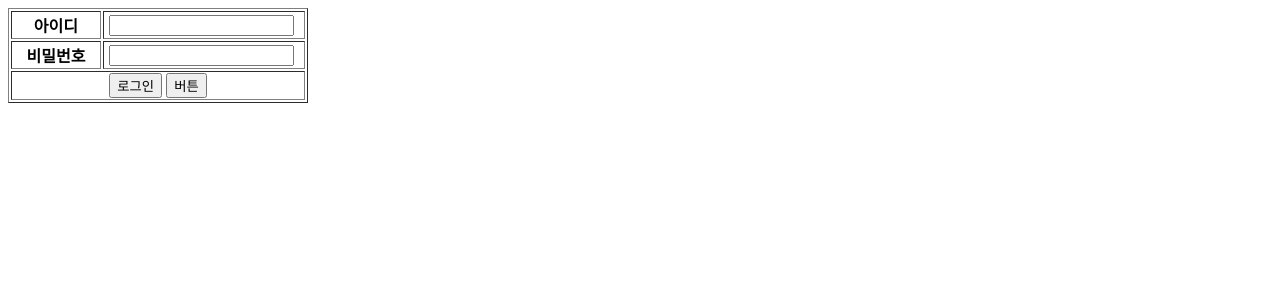
Repository: sgnq008-tech/JSP
Page: http://localhost/WebProject/Login
These files come from the project's save history. The page is drawn as it stood at one moment and after the next save; the edit follows.
The browser window is 1280 px wide. The pictures show the whole page.
The page is served by Tomcat 9. Other server files are loaded and not shown.

Above is the page before, as saved 2026-09-09 06:11:46.

### jsp_workspace/WebProject/src/main/java/com/login/Login.java
package com.login;

import java.io.*;
import java.sql.Connection;
import java.sql.PreparedStatement;
import javax.servlet.Servlet.*;
import javax.servlet.*;
import javax.servlet.annotation.*;
import javax.servlet.http.*;
import java.sql.*;



@WebServlet("/Login")
public class Login extends HttpServlet {
	private static final long serialVersionUID = 1L;


	protected void doGet(HttpServletRequest request, HttpServletResponse response) throws ServletException, IOException {
		processRequest(request,response);
	}


	protected void doPost(HttpServletRequest request, HttpServletResponse response) throws ServletException, IOException {
		processRequest(request,response);
	}

	protected void processRequest(HttpServletRequest request, HttpServletResponse response) throws ServletException, IOException {

	response.setContentType("text/html;charset=utf-8");
	PrintWriter out = response.getWriter();
	try {
		HttpSession session = request.getSession(false);
		if(session != null) {// 로그인이 성공한 경우
			String sessionId = session.getId();
			System.out.println("세션 아이디 :"+sessionId);
			String user = (String)session.getAttribute("user");

			out.println("<html>");
			out.println("<body>");

			       out.println("<table border= '1' width= '300'>");

		    out.println("<tr>");
                   out.println("<td width= '300' align ='center'>");
                   out.println(user+"님이 로그인 하셨습니다.</td>");
			out.println("</tr>");

			out.println("<tr>");
			        out.println("<td align ='center'>");
			        out.println("<a href='#'>회원정보</a>");
			        out.println("<a href='Logout'>로그아웃</a>");
			        out.println("</td>");
			out.println("</tr>");

			out.println("</table>");

			out.println("</body>");
			out.println("</html>");

		}else {// 로그인이 실패한 경우
			out.println("<html>");
			out.println("<body>");
			out.println("<form action='LoginCheck' method='post'>");
			out.println("<table border= '1' width= '300'>");

			out.println("<tr>");
			out.println("<th width= '100'>아이디</th>");
			out.println("<td width ='200'>&nbsp;"
					+ "<input type='text' name='id'></td>");
			out.println("</tr>");

			out.println("<tr>");
			out.println("<th width= '100'>비밀번호</th>");
			out.println("<td width ='200'>&nbsp;"
					+ "<input type='password' name='pwd'></td>");
			out.println("</tr>");

			out.println("<tr>");
			out.println("<td align='center' colspan='2'>");
			out.println("<input type='submit' value='로그인'>");
			out.println("<input type='submit' value='버튼'>");
			out.println("</td>");
			out.println("</tr>");


			out.println("</form>");
			out.println("</table>");
			out.println("</body>");
			out.println("</html>");
		}


	}finally {

}
}

}

After the next save:
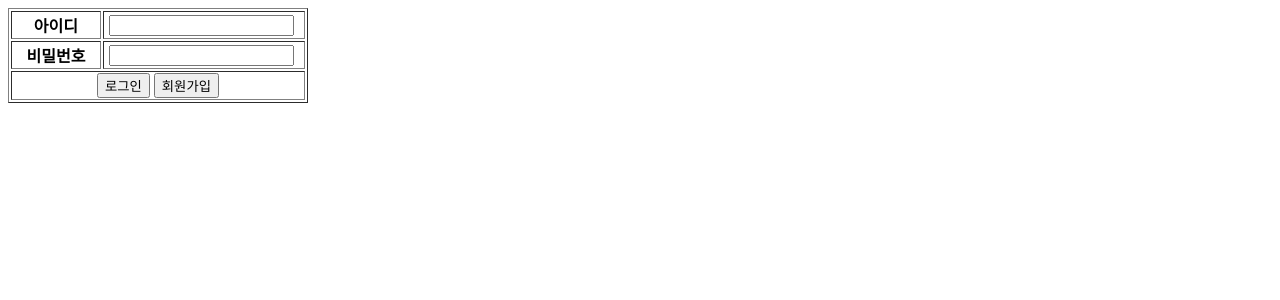
Saved 11 s later.
--- a/jsp_workspace/WebProject/src/main/java/com/login/Login.java
+++ b/jsp_workspace/WebProject/src/main/java/com/login/Login.java
@@ -79,7 +79,7 @@ public class Login extends HttpServlet {
 			out.println("<tr>");
 			out.println("<td align='center' colspan='2'>");
 			out.println("<input type='submit' value='로그인'>");
-			out.println("<input type='submit' value='버튼'>");
+			out.println("<input type='button' value='회원가입'>");
 			out.println("</td>");
 			out.println("</tr>");
 
